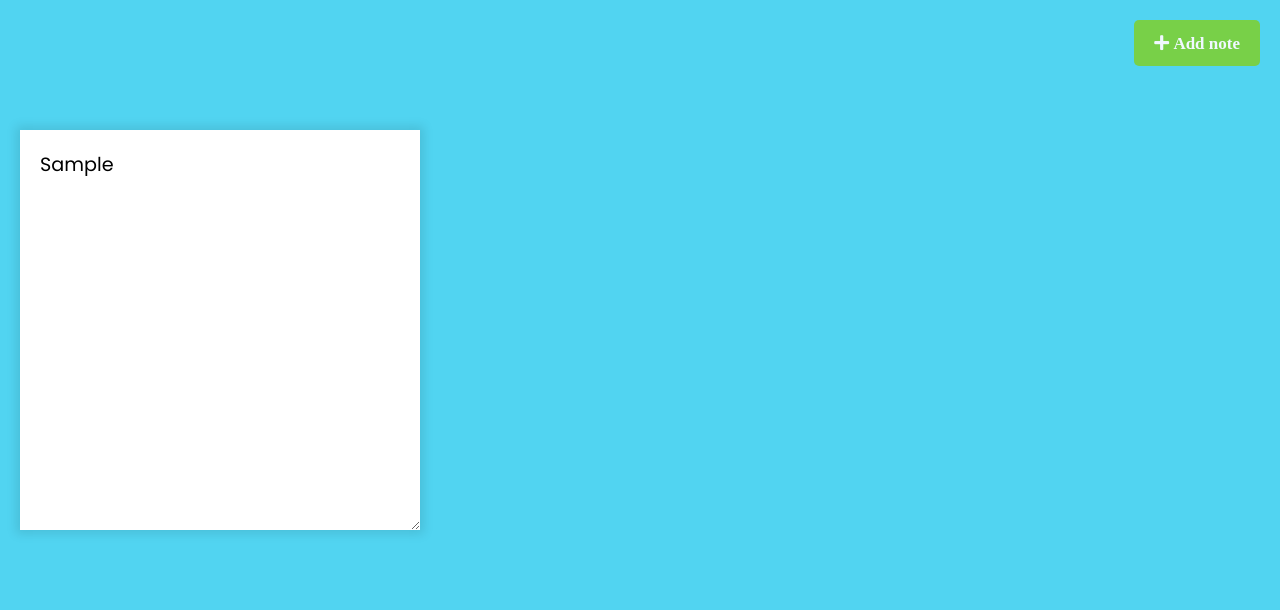
Repository: northpx/noteslist
Page: index.html
The author's editor kept a copy of each file at every save. The page is drawn from the files as they stood at one save, then again after the next save.
The browser window is 1280 px wide. The pictures show the whole page.
Empty fields were first filled with sample values (such as "Sample", 5 or name@example.com).
After loading, the first visible `button.add` was clicked once.
Some web libraries are served in a nearby version.

Above is the page before, as saved 2023-01-08 09:42:06.

After the next save:
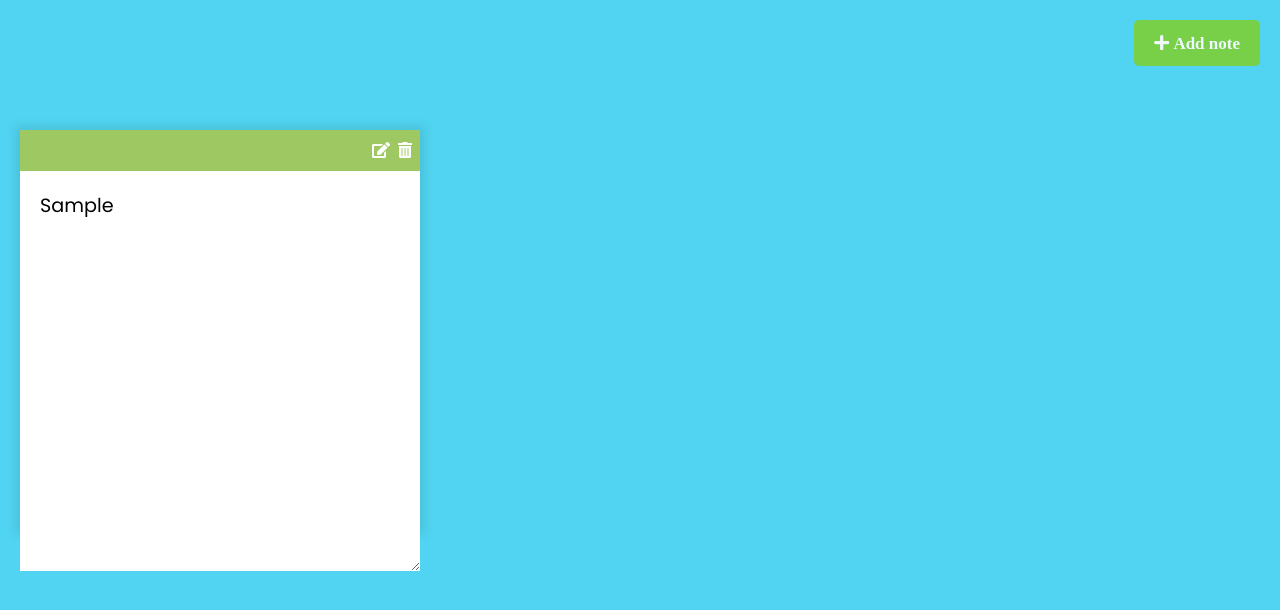
Console error: ReferenceError: addNewNote is not defined
Saved 33 s later.
--- a/script.js
+++ b/script.js
@@ -1,8 +1,8 @@
-"use strict"
-const addBtn = document.querySelector(".add")
-function addNewNote(text='') {
-    const note = document.createElement('div')
-    const tools = document.querySelector('.tools')
-    note.classList.add('note')
-    note.appendChild(tools)
-}
+// "use strict"
+// const addBtn = document.querySelector(".add")
+// function addNewNote(text='') {
+//     const note = document.createElement('div')
+//     const tools = document.querySelector('.tools')
+//     note.classList.add('note')
+//     note.appendChild(tools)
+// }
